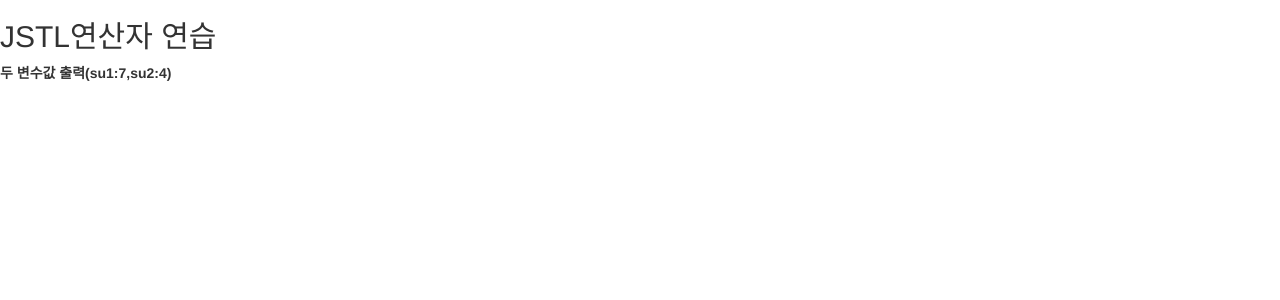
Repository: jungbee2/jungproject
Page: http://localhost/JstlProject/day0330/ex1_jstl.jsp
An editor plug-in stored every save of this project. The page is shown before and after a run of saves, followed by the edit.
The browser window is 1280 px wide. The pictures show the whole page.
Some web fonts or font styles are not loaded; a fallback is used. The page is served by Tomcat 9.

Above is the page before, as saved 2023-03-30 01:16:00.

After the next 3 saves:
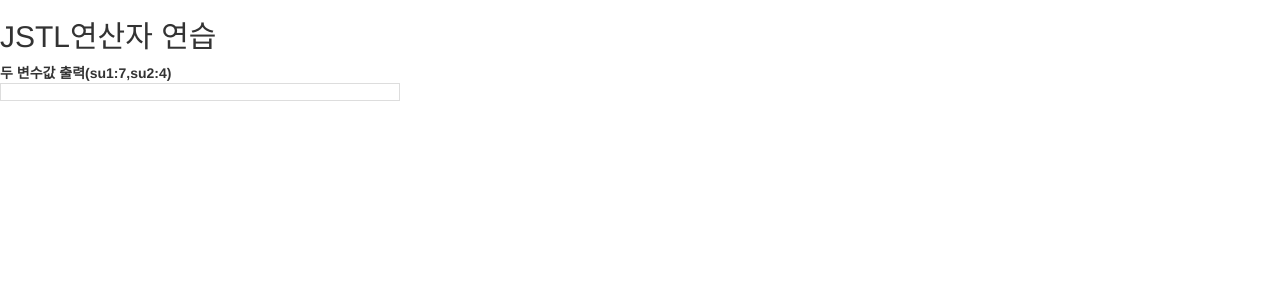
The 3 saves are shown as one change because they came seconds apart.
The last was saved 19 s later.
--- a/JstlProject/src/main/webapp/day0330/ex1_jstl.jsp
+++ b/JstlProject/src/main/webapp/day0330/ex1_jstl.jsp
@@ -1,6 +1,6 @@
 <%@ page language="java" contentType="text/html; charset=utf-8"
 	pageEncoding="utf-8"%>
-<%@ taglib uri="http://java.sun.com/jsp/jstl/core" prefix="c" %>
+<%@ taglib uri="http://java.sun.com/jsp/jstl/core" prefix="c"%>
 <%@ taglib uri="http://java.sun.com/jsp/jstl/fmt" prefix="fmt"%>
 <!DOCTYPE html>
 <html>
@@ -18,16 +18,18 @@
 </head>
 
 <body>
-<h2>JSTL연산자 연습</h2>
+	<h2>JSTL연산자 연습</h2>
 
-<!-- 변수선언 -->
-<c:set var="su1" value="7"></c:set>
-<c:set var="su2" value="4"></c:set>
+	<!-- 변수선언 -->
+	<c:set var="su1" value="7"></c:set>
+	<c:set var="su2" value="4"></c:set>
 
-<b>두 변수값 출력(su1:${su1},su2:${su2})</b>
+	<b>두 변수값 출력(su1:${su1},su2:${su2})</b>
 
-<table class="table table-bordered" style="width:400px;">
-
-</table>
+	<table class="table table-bordered" style="width: 400px;">
+		<tr>
+			<th width="250"></th>
+		</tr>
+	</table>
 </body>
 </html>
